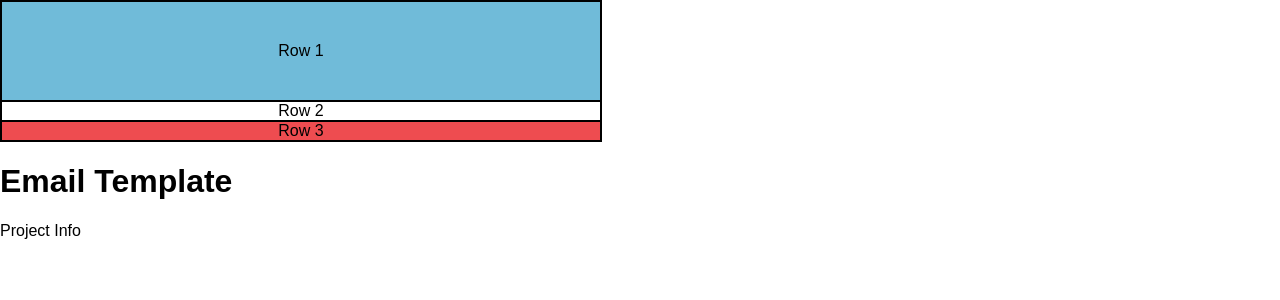
Repository: MikeeBuilds/email-template
Page: index.html
The author's editor kept a copy of each file at every save. The page is drawn from the files as they stood at one save, then again after the next save.
The browser window is 1280 px wide. The pictures show the whole page.

Above is the page before, as saved 2022-11-21 15:47:40.

### index.html
<!DOCTYPE html>
<html lang="en" xmlns="http://www.w3.org./1999/xhtml" xmlns:0="urn:schemas-microsoft-com:office:office">
<head>
    <meta charset="UTF-8">
    <meta http-equiv="X-UA-Compatible" content="IE=edge">
    <meta name="x-apple-disable-message-reformatting">
    <meta name="viewport" content="width=device-width, initial-scale=1.0">
    <link rel="stylesheet" href="styles.css">
    <title>Emal Template</title>
    <!--[if mso]>
        <noscript>
            <xml>
                <o:OfficeDocumentSettings>
                    <o:AllowPNG/>
                    <o:PixelsPerInch>96</o:PixelsPerInch>
                </o:OfficeDocumentSettings>
            </xml>
        <![endif]-->
        <style>
            table, td, div, h1, p {
                font-family: Arial, sans-serif;
            }
            table, td {
                border: 2px solid #000 !important;
            }
            </style>
<body style="margin: 0; padding: 0;">
    <table role="presentation" style="width: 602px; border-collapse: collapse; border: 1px solid #cccccc; border-spacing: 0; text-align: left;
    border-spacing: 0; background: #ffffff;">
        <tr>
            <td align="center" style="padding: 40px ; background: #70bbd9;">
                Row 1
            </td>
        </tr>
        <tr>
            <td align="center" style="padding: 0;">
                Row 2
            </td>
        </tr>
        <tr>
            <td align="center" style="padding: 0; background: #ee4c50;">
                Row 3
            </td>
        </tr>
    </table>
    <h1>Email Template</h1>
    <p>Project Info</p>
</body>
</head>
</html>

Loaded but not shown: styles.css (no stored copy; drawn as an empty file)

After the next save:
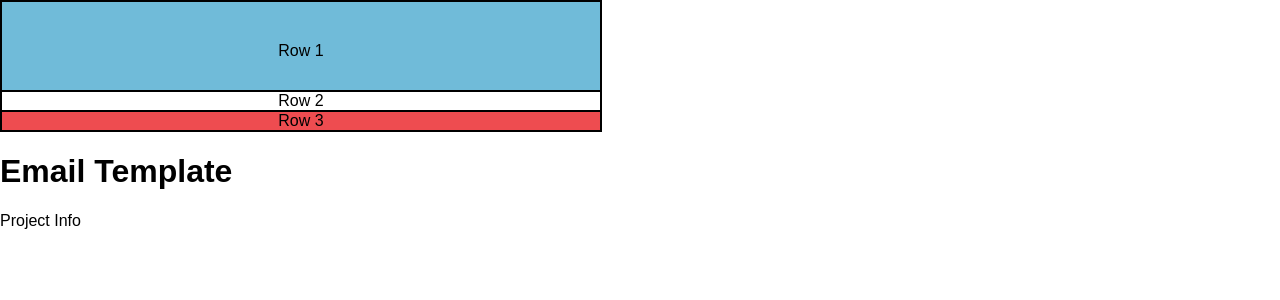
Saved 6 s later.
--- a/index.html
+++ b/index.html
@@ -28,7 +28,7 @@
     <table role="presentation" style="width: 602px; border-collapse: collapse; border: 1px solid #cccccc; border-spacing: 0; text-align: left;
     border-spacing: 0; background: #ffffff;">
         <tr>
-            <td align="center" style="padding: 40px ; background: #70bbd9;">
+            <td align="center" style="padding: 40px 0 30px 0; background: #70bbd9;">
                 Row 1
             </td>
         </tr>
